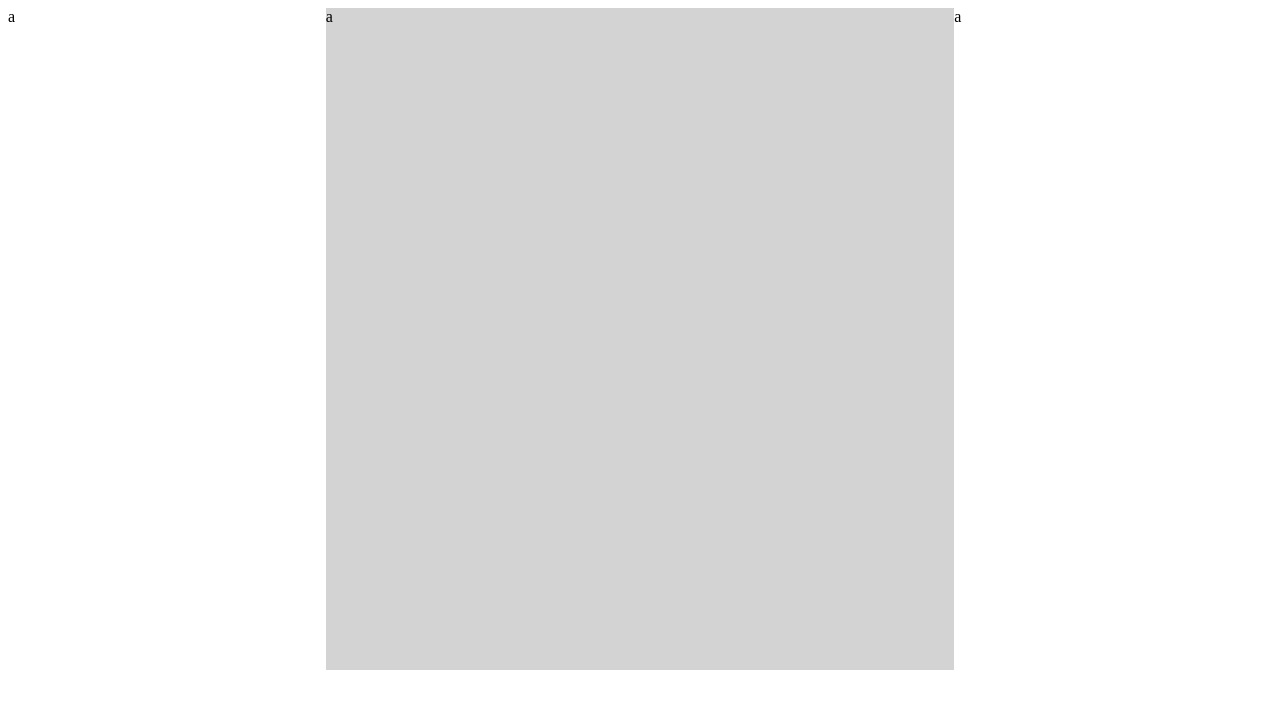
Repository: tr2cky/exercise2
Page: index.html
The author's editor kept a copy of each file at every save. The page is drawn from the files as they stood at one save, then again after the next save.
The browser window is 1280 px wide. The pictures show the whole page.

Above is the page before, as saved 2022-10-01 10:45:28.

### index.html
<!DOCTYPE html>
<html lang="en">
<head>
    <meta charset="UTF-8">
    <meta http-equiv="X-UA-Compatible" content="IE=edge">
    <meta name="viewport" content="width=device-width, initial-scale=1.0">
    <link rel="stylesheet" href="style.css">
    <title>Document</title>
</head>
<body>
    <div class="container">
        <div class="side1">
            a

        </div>
        <main>
a
        </main>
        <div class="side2">
                a
        </div>
    </div>
</body>
</html>

### style.css
.container {
    display: flex;
    flex-direction: row;
    height: 92vh;
}
main {
    flex-grow: 2;
    background-color: lightgray;
}
.side1 {
    flex-grow: 1;
}
.side2 {
    flex-grow: 1;
}

After the next save:
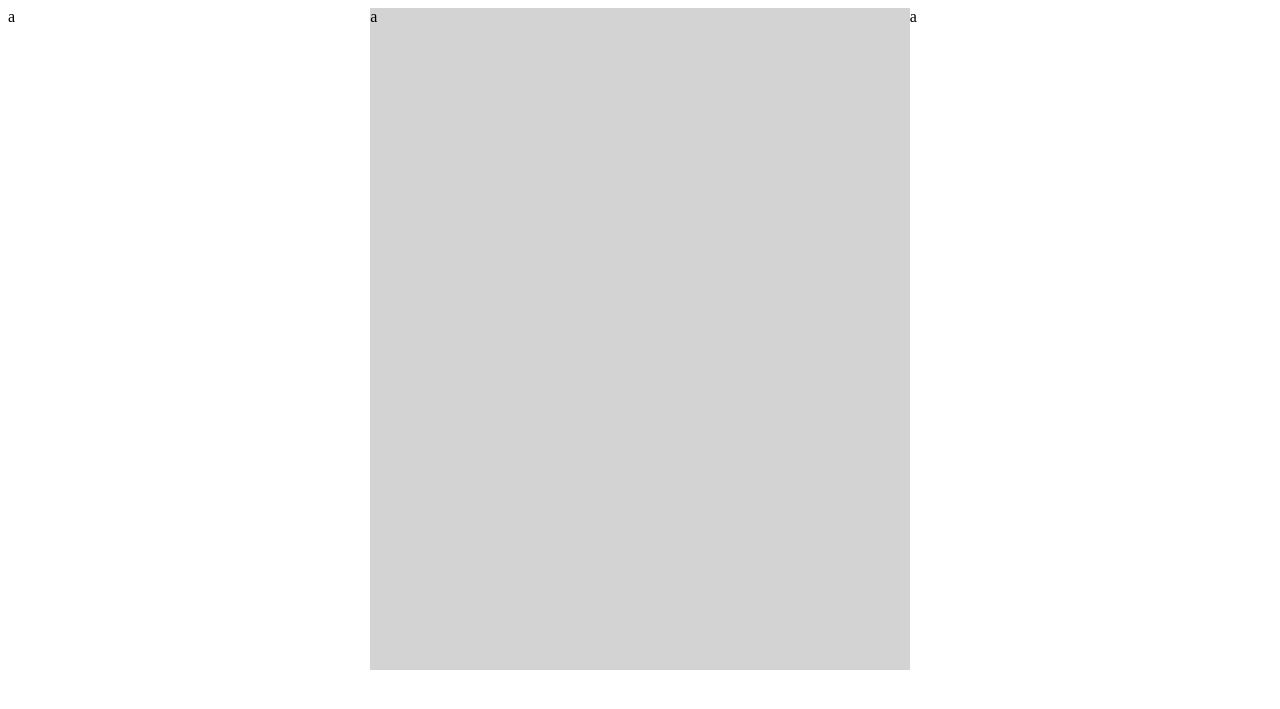
Saved 25 s later.
--- a/style.css
+++ b/style.css
@@ -4,12 +4,12 @@
     height: 92vh;
 }
 main {
-    flex-grow: 2;
+    flex-grow: 3;
     background-color: lightgray;
 }
 .side1 {
-    flex-grow: 1;
+    flex-grow: 2;
 }
 .side2 {
-    flex-grow: 1;
+    flex-grow: 2;
 }
